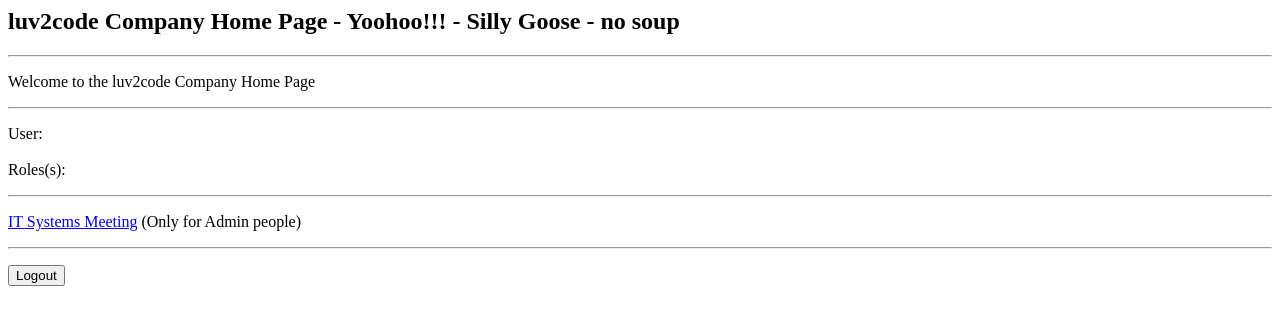
Repository: dchan98/spring-security-demo
Page: http://localhost/spring-security-demo-07-user-roles/WEB-INF/view/home.jsp
These files come from the project's save history. The page is drawn as it stood at one moment and after a run of saves; the edit follows.
The browser window is 1280 px wide. The pictures show the whole page.
The page is served by Tomcat 9. Nobody is signed in. The template is opened directly, without the code that normally fills it, so the values that code supplies are empty.

Above is the page before, as saved 2019-02-08 06:29:01.

After the next 3 saves:
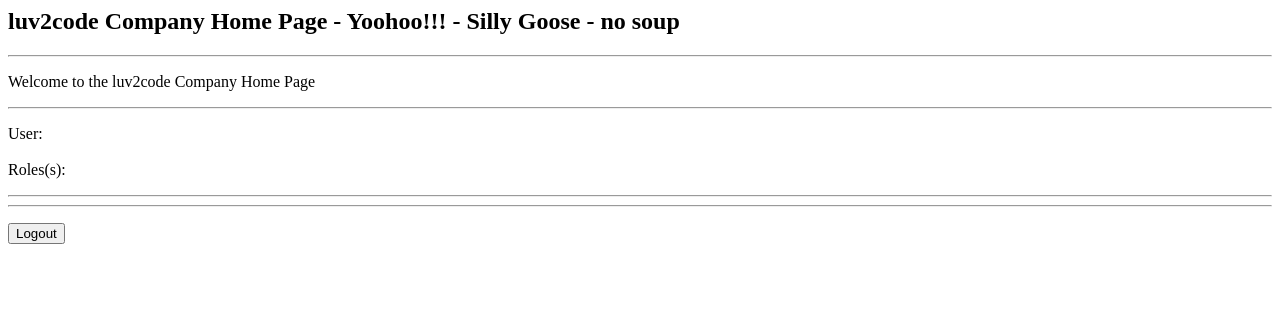
The 3 saves are shown as one change because 2 did not build or start.
The last was saved 69 s later.
--- a/spring-security-demo-starter/spring-security-demo-07-user-roles/src/main/webapp/WEB-INF/view/home.jsp
+++ b/spring-security-demo-starter/spring-security-demo-07-user-roles/src/main/webapp/WEB-INF/view/home.jsp
@@ -32,13 +32,14 @@
 		</p>
 	</security:authorize>
 
+	<security:authorize>
 
-	<secur
 	<!-- Add a link to point to /systems ... this is for the admins -->
 	<p>
 		<a href="${pageContext.request.contextPath}/systems">IT Systems Meeting</a>
 		(Only for Admin people)
 	</p>
+	</security:authorize>
 
 	<hr>
 
